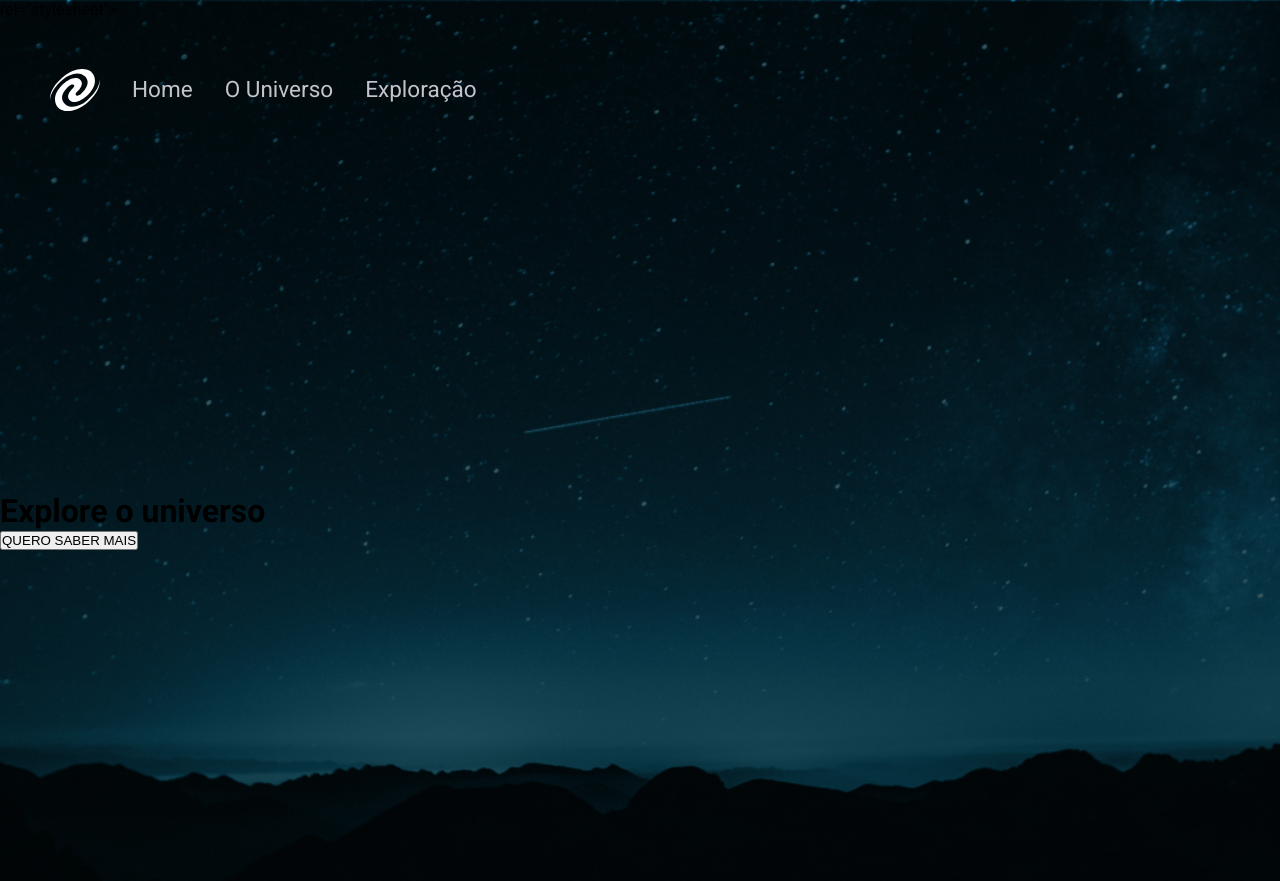
Repository: eltonneiferson/spaUniverse
Page: index.html
An editor plug-in stored every save of this project. The page is shown before and after the next save, followed by the edit.
The browser window is 1280 px wide. The pictures show the whole page.

Above is the page before, as saved 2022-10-26 22:22:49.

### index.html
<!DOCTYPE html>
<html lang="pt-br">

<head>
    <meta charset="UTF-8" />
    <meta http-equiv="X-UA-Compatible" content="IE=edge" />
    <meta name="viewport" content="width=device-width, initial-scale=1.0" />
    <meta name="author" content="Elton Neiferson" />
    <title>Universe</title>

    <link rel="stylesheet" href="stylle.css">
    <link rel="preconnect" href="https://fonts.googleapis.com">
    <link rel="preconnect" href="https://fonts.gstatic.com" crossorigin>
    <link href="https://fonts.googleapis.com/css2?family=Roboto:wght@400;700&display=swap" rel="stylesheet">rel="stylesheet">
</head>

<body>
    <nav>
        <svg width="50" height="42" viewBox="0 0 50 42" fill="none" xmlns="http://www.w3.org/2000/svg">
            <path d="M31.5423 0.00979035C26.1727 0.174742 19.3604 2.47181 12.1375 8.73785C-2.6197 21.4919 0.219149 31.6427 0.219149 31.6427C0.219149 31.6427 -1.31407 22.7633 12.6765 10.655C19.9593 4.35869 28.9789 2.29019 34.5368 6.97206C39.5198 11.1696 38.7771 18.2731 30.3445 25.5381C27.0864 28.1212 23.6007 25.8307 27.0504 22.7633C27.4347 22.4396 27.7717 22.1194 28.0686 21.8047C31.2762 18.6232 33.7461 13.7222 29.9252 10.5036C25.3256 6.46755 17.5038 11.1696 14.054 14.237C3.12987 23.7622 2.8903 33.9231 9.02317 39.4122C13.2395 42.964 24.7506 44.3867 37.5913 33.4085C52.3485 20.6544 49.5097 10.5036 49.5097 10.5036C49.5097 10.5036 51.0429 19.3831 37.0523 31.4914C29.7695 37.7877 20.7499 39.9066 15.192 35.2248C10.209 31.0272 10.9517 23.9237 19.3844 16.6587C22.8341 13.9142 26.3078 16.1643 22.858 19.2317C22.4738 19.5554 22.1368 19.8756 21.8399 20.1903C18.6323 23.3718 16.1624 28.2728 19.9833 31.4914C24.5829 35.5275 32.2131 30.664 35.8545 27.758C46.9703 18.2328 47.0182 8.0719 40.8853 2.5828C39.0407 1.02891 35.7186 -0.118506 31.5423 0.00979035Z" fill="white" />
        </svg>
        <a href="/">Home</a>
        <a href="/universe.html">O Universo</a>
        <a href="/exploration.html">Exploração</a>
    </nav>
    <main>
        <h1>Explore o universo</h1>
        <button>QUERO SABER MAIS</button>
    </main>
</body>

</html>

### stylle.css
* {
    margin: 0;
    padding: 0;
    box-sizing: border-box;
    text-decoration: none;
}

:root {
    --default-font-color: white;
    --font-color-link: #C4C4CC;
    --default-font: 'Roboto', sans-serif;
}

body {
    min-height: 100vh;
    background-image: url(bkg1.png);
    background-position: bottom;
    background-size: cover;
    color: var(--font-color);
    font-family: var(--default-font);


    display: grid;
}

nav {
    padding: 50px;
    display: flex;
    gap: 2rem;
    align-items: center;
}

nav a {
    color: var(--font-color-link);
    line-height: 1.37rem;
    font-size: 1.41rem;
}

nav a:hover {
    color: var(--default-font-color);
    font-weight: bold;
}

main {
    min-height: 100vh;

    place-content: center;
    gap: 24px;
}

After the next save:
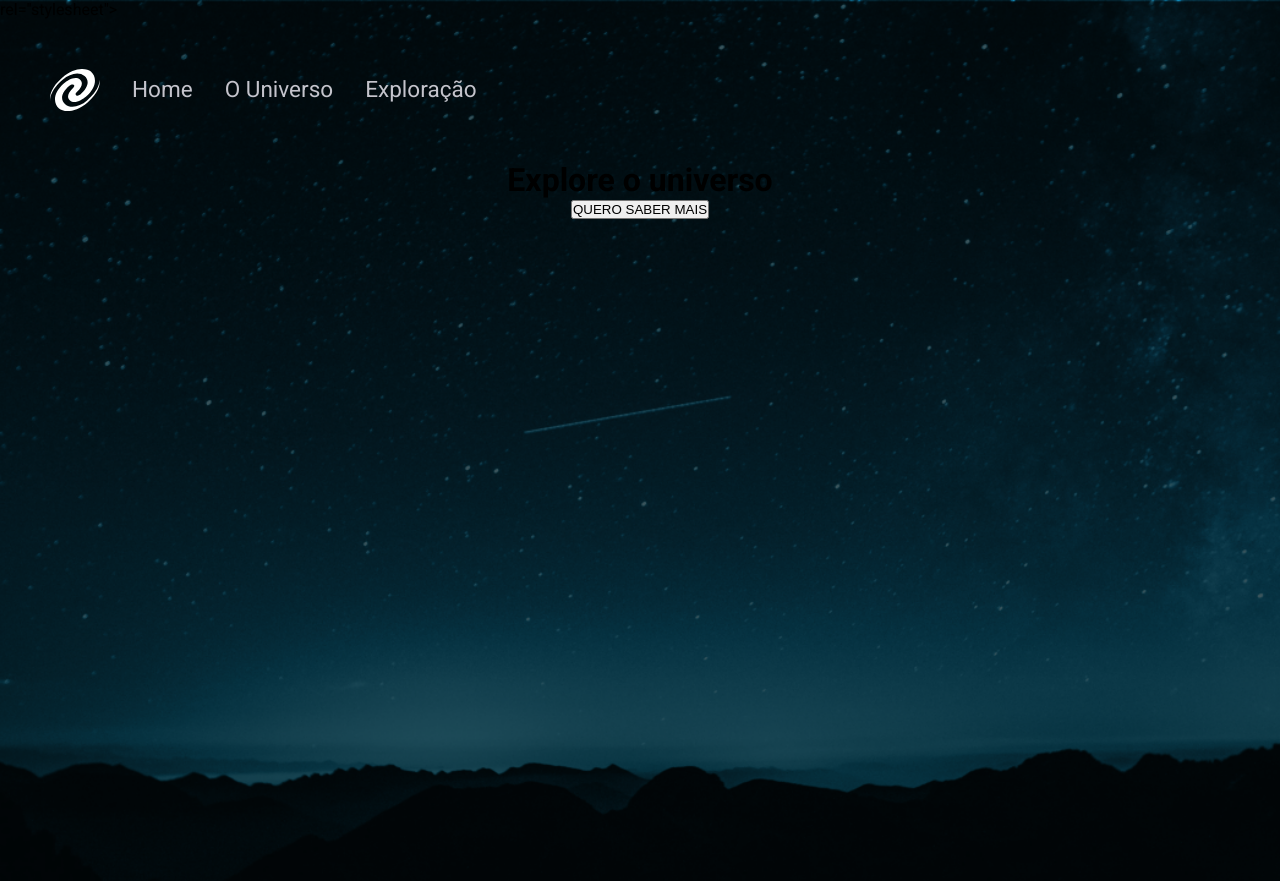
Saved 8 s later.
--- a/stylle.css
+++ b/stylle.css
@@ -44,6 +44,6 @@ nav a:hover {
 main {
     min-height: 100vh;
 
-    place-content: center;
+    place-items: center;
     gap: 24px;
 }
